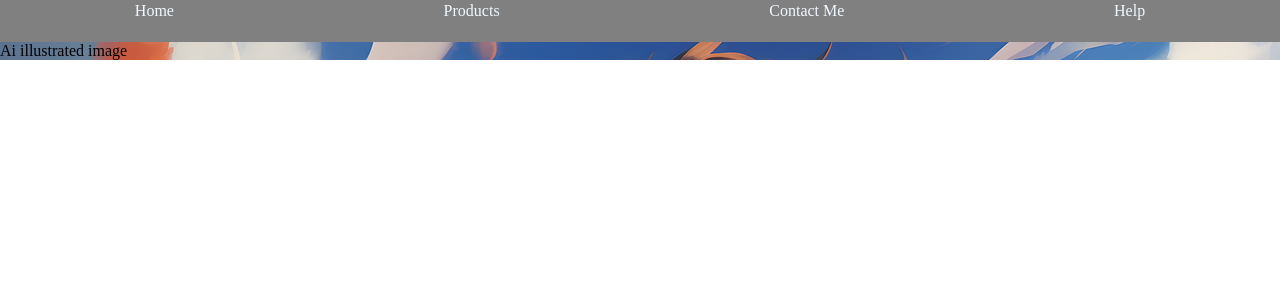
Repository: nihalani20/CSS-by-KG
Page: Practice set/Set-6/index.html
The author's editor kept a copy of each file at every save. The page is drawn from the files as they stood at one save, then again after a run of saves.
The browser window is 1280 px wide. The pictures show the whole page.

Above is the page before, as saved 2023-11-27 16:01:13.

After the next 3 saves:
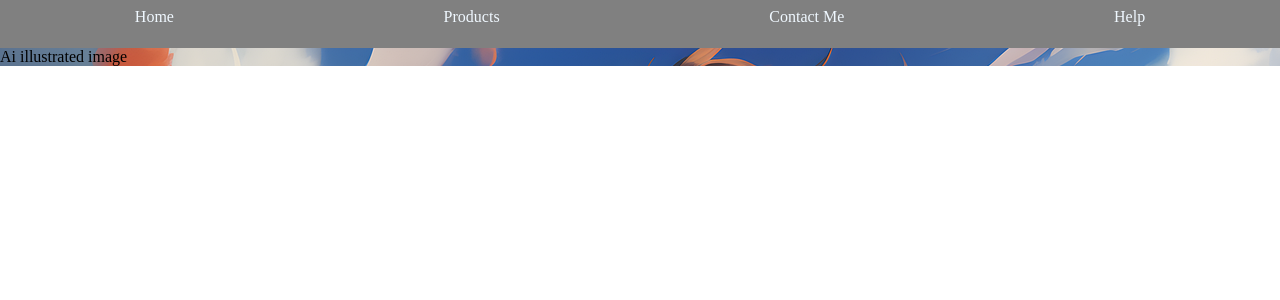
The 3 saves are shown as one change because they came seconds apart.
The last was saved 11 s later.
--- a/Practice set/Set-6/styles.css
+++ b/Practice set/Set-6/styles.css
@@ -12,7 +12,7 @@
 #container{
    background-color:grey;
    height: 40px;
-   padding-top: 2px;
+   padding-top: 8px;
    display: flex;
    justify-content: space-around;
 }
